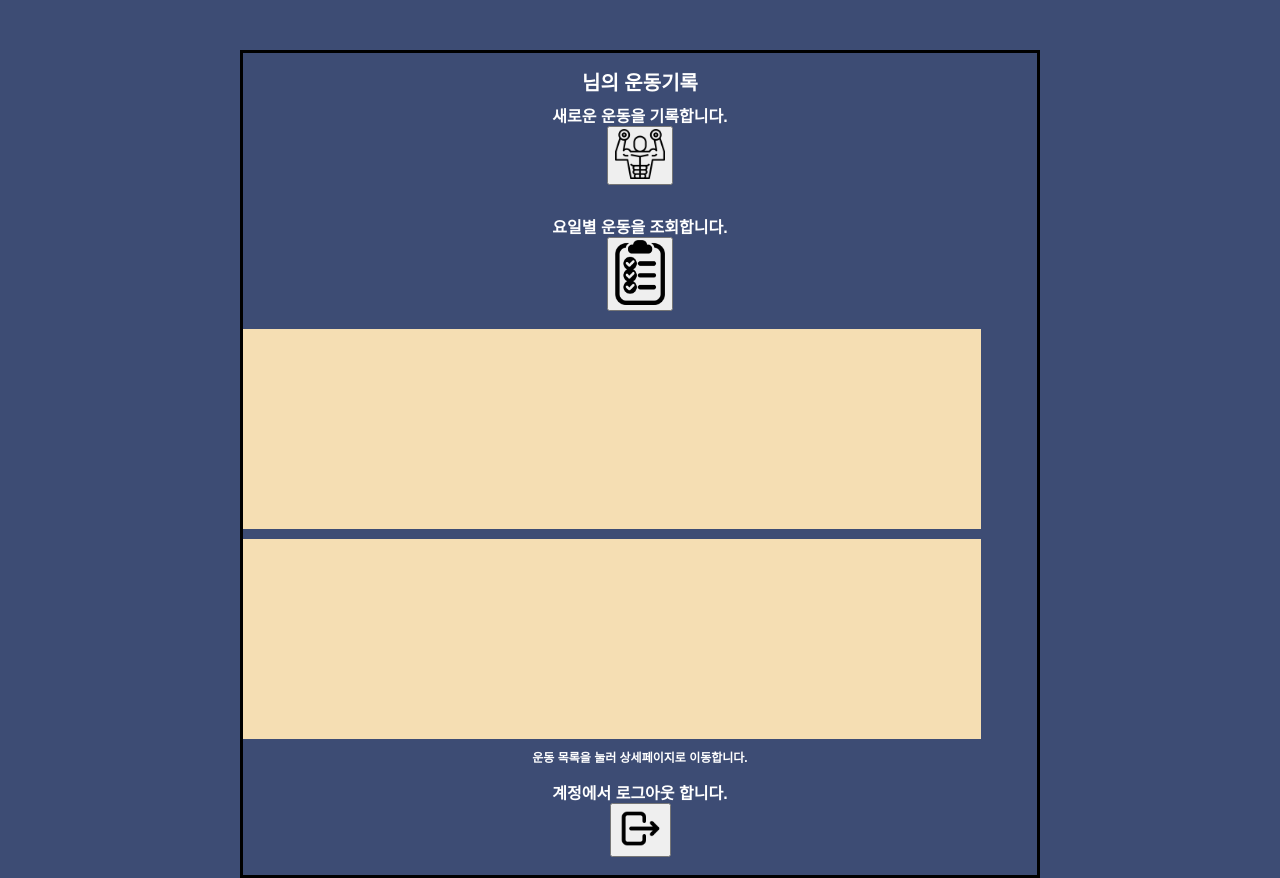
Repository: Up-Min/hrdkorea
Page: http://localhost/jsp_workout/main.jsp
The author's editor kept a copy of each file at every save. The page is drawn from the files as they stood at one save, then again after the next save.
The browser window is 1280 px wide. The pictures show the whole page.
The page is served by Tomcat 9. The template is opened directly, without the code that normally fills it, so the values that code supplies are empty.

Above is the page before, as saved 2023-01-02 06:29:39.

After the next save:
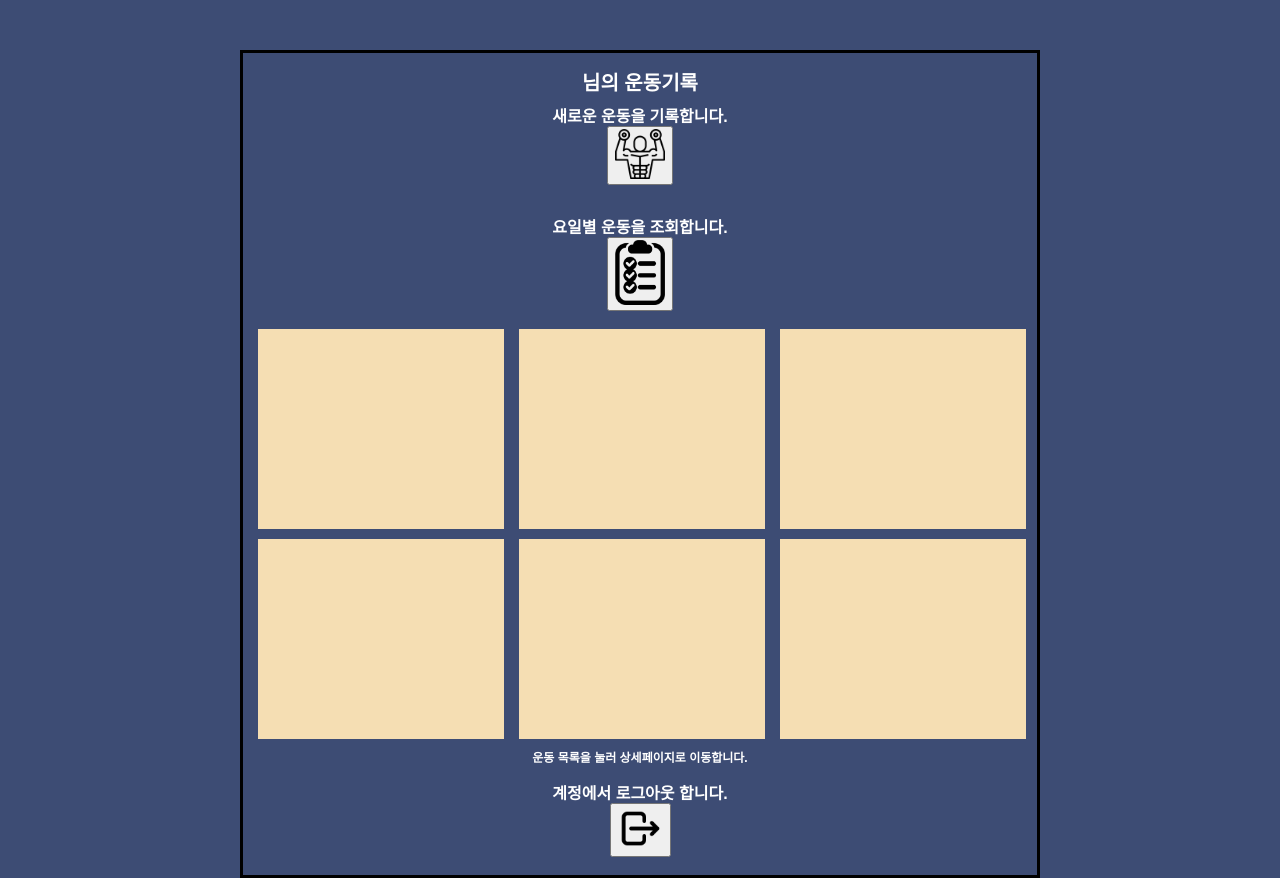
Saved 5 s later.
--- a/jsp_workout/src/main/webapp/main.jsp
+++ b/jsp_workout/src/main/webapp/main.jsp
@@ -60,7 +60,7 @@ flex-wrap: wrap;
 }
 
 li{
-/margin-left : 15px;
+margin-left : 15px;
 width: 31%;
 margin-bottom: 10px;
 height: 200px;
